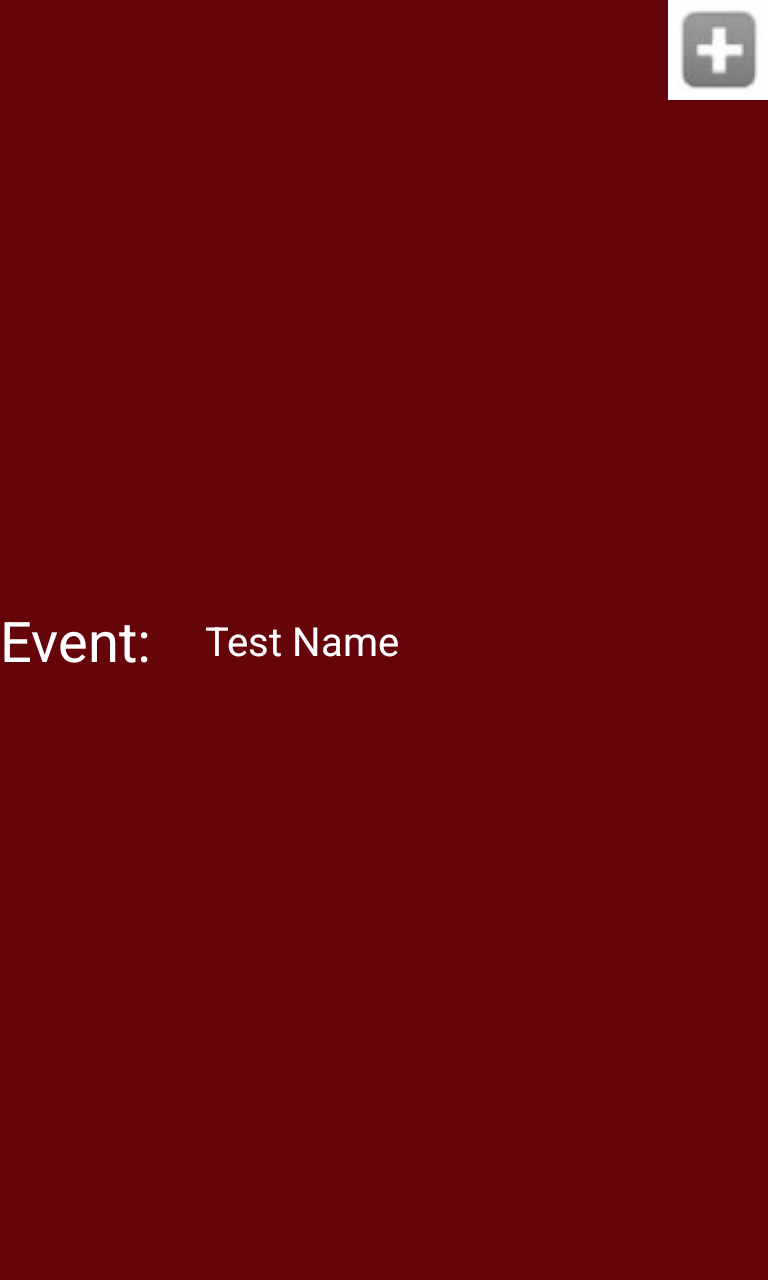
Repository: jannelg92/ANDROIDAPP
Layout: GEOINNOVATION/TAMUgis-dayEvents/res/layout/event_calendar_item.xml
An editor plug-in stored every save of this project. The layout is shown before and after the next save, followed by the edit.
It is drawn on a 768 x 1280 px phone screen (xhdpi) without system bars, with theme AppTheme; the app's code is not run. The app's manifest (not shown) leaves right-to-left support off. So textAlignment, textDirection and layoutDirection are ignored, and left and right values win over start and end ones.

Above is the layout before, as saved 2014-04-23 02:41:44.

After the next save:
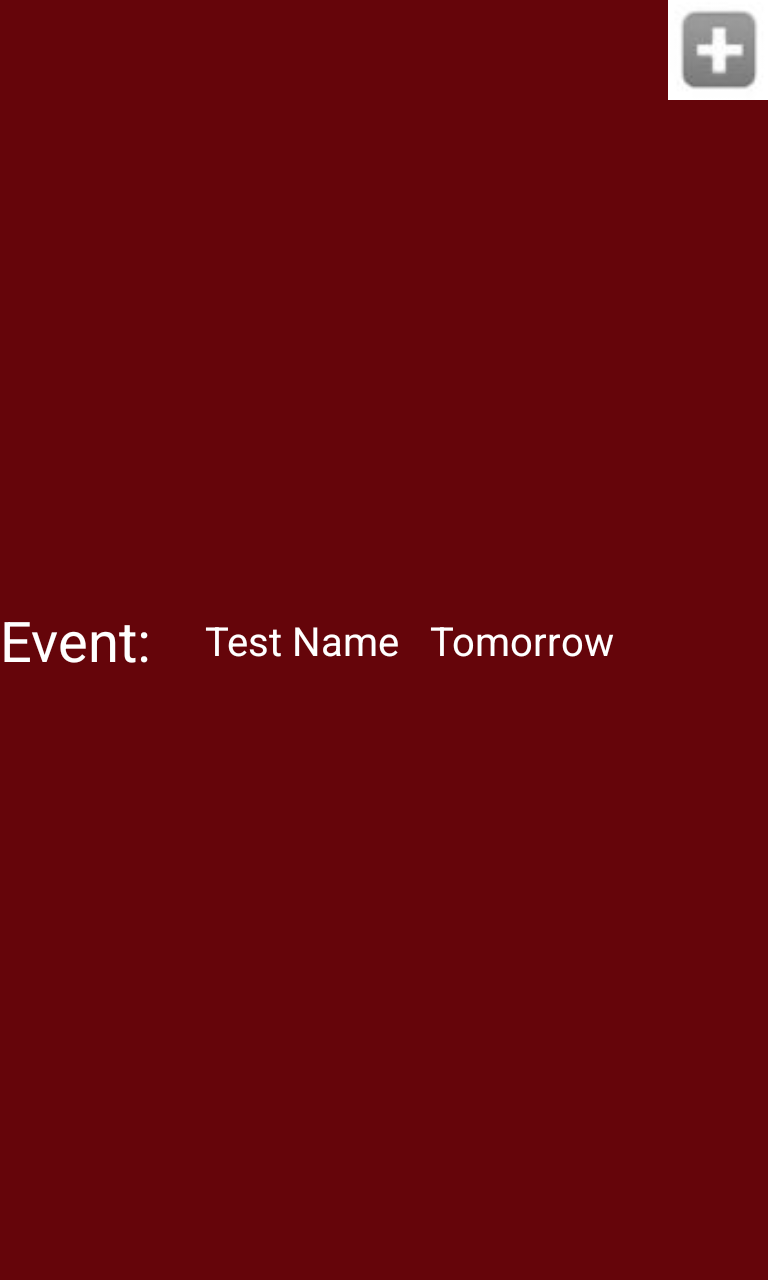
Saved 26 s later.
--- a/GEOINNOVATION/TAMUgis-dayEvents/res/layout/event_calendar_item.xml
+++ b/GEOINNOVATION/TAMUgis-dayEvents/res/layout/event_calendar_item.xml
@@ -39,7 +39,8 @@
 		     android:layout_toRightOf="@id/event_name"
 		     android:layout_centerVertical="true"
 		     android:textSize="@dimen/mid_text"
-		     android:textColor="#ffffff" />
+		     android:textColor="#ffffff"
+		     android:text="Tomorrow" />
 
 		 <!-- icon -->
 
